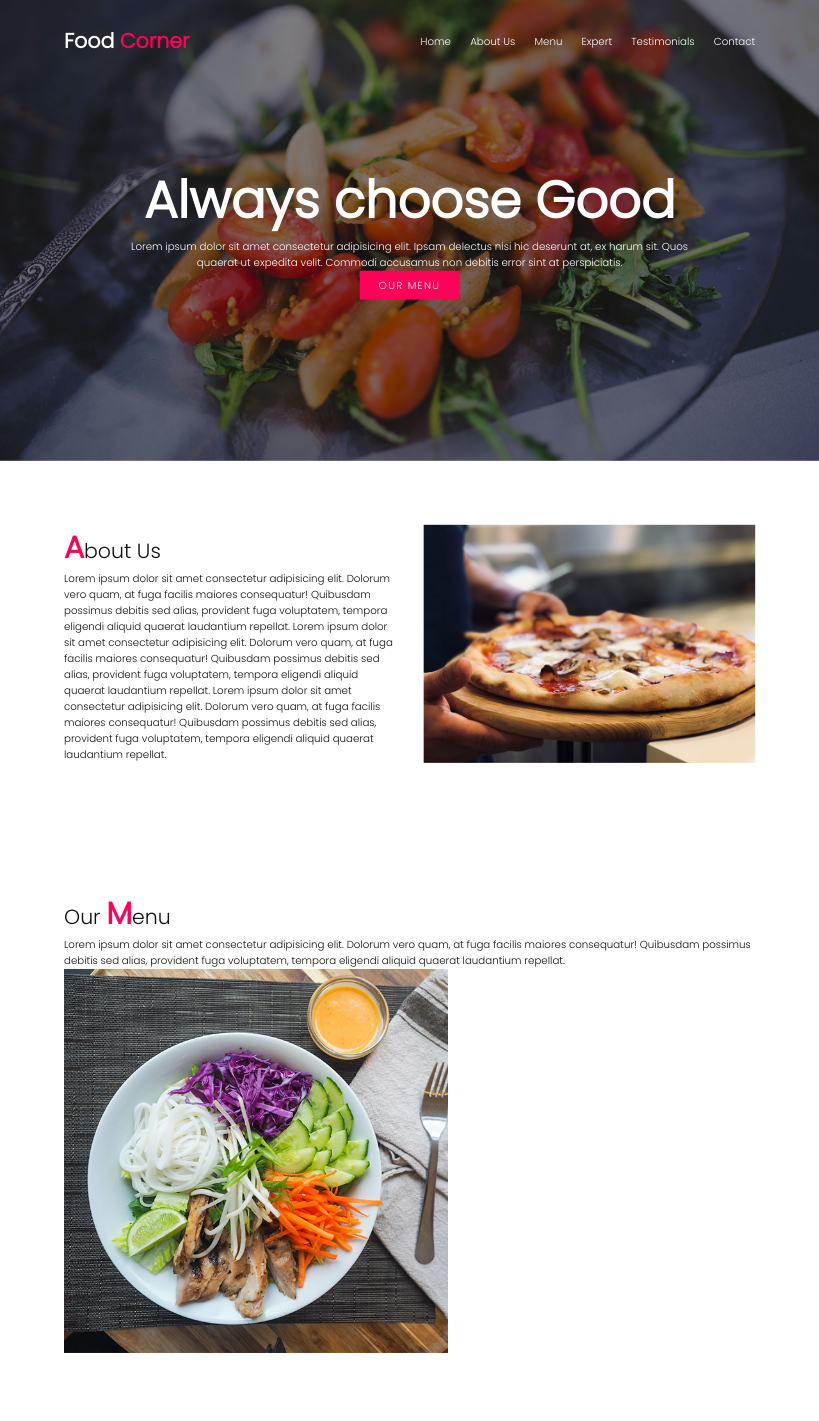
Repository: Adriandias1997/MobileFriendly_FoodWebsite
Page: index.html
The author's editor kept a copy of each file at every save. The page is drawn from the files as they stood at one save, then again after the next save.
The browser window is 1280 px wide. The pictures show the whole page, at 64% of full size.

Above is the page before, as saved 2020-10-16 13:26:46.

After the next save:
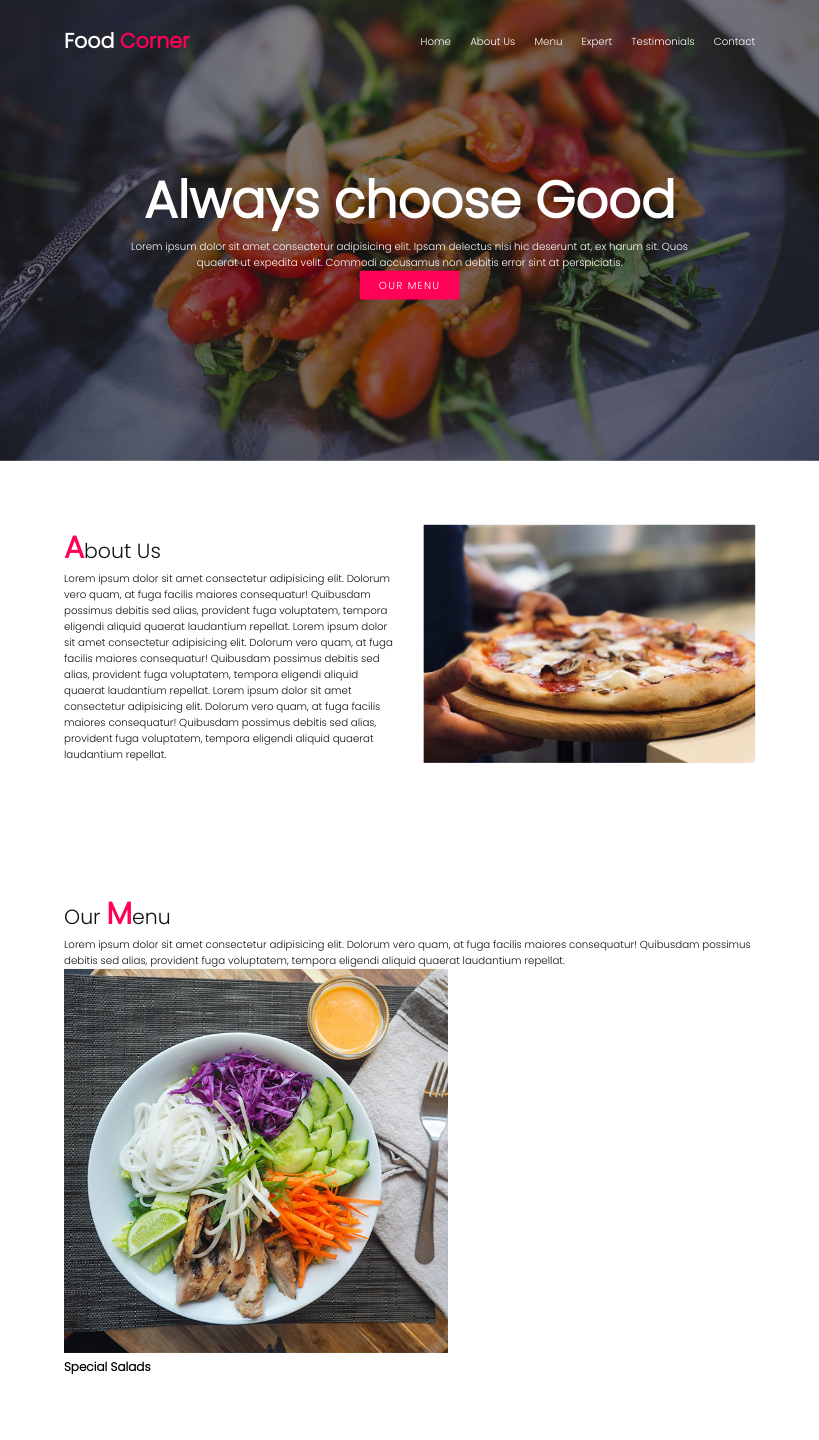
Saved 26 s later.
--- a/index.html
+++ b/index.html
@@ -58,6 +58,9 @@
                 <div class="imgBx">
                     <img src="Images/menu1.jpg" alt="">
                 </div>
+                <div class="text">
+                    <h3>Special Salads</h3>
+                </div>
             </div>
         </div>
     </section>
